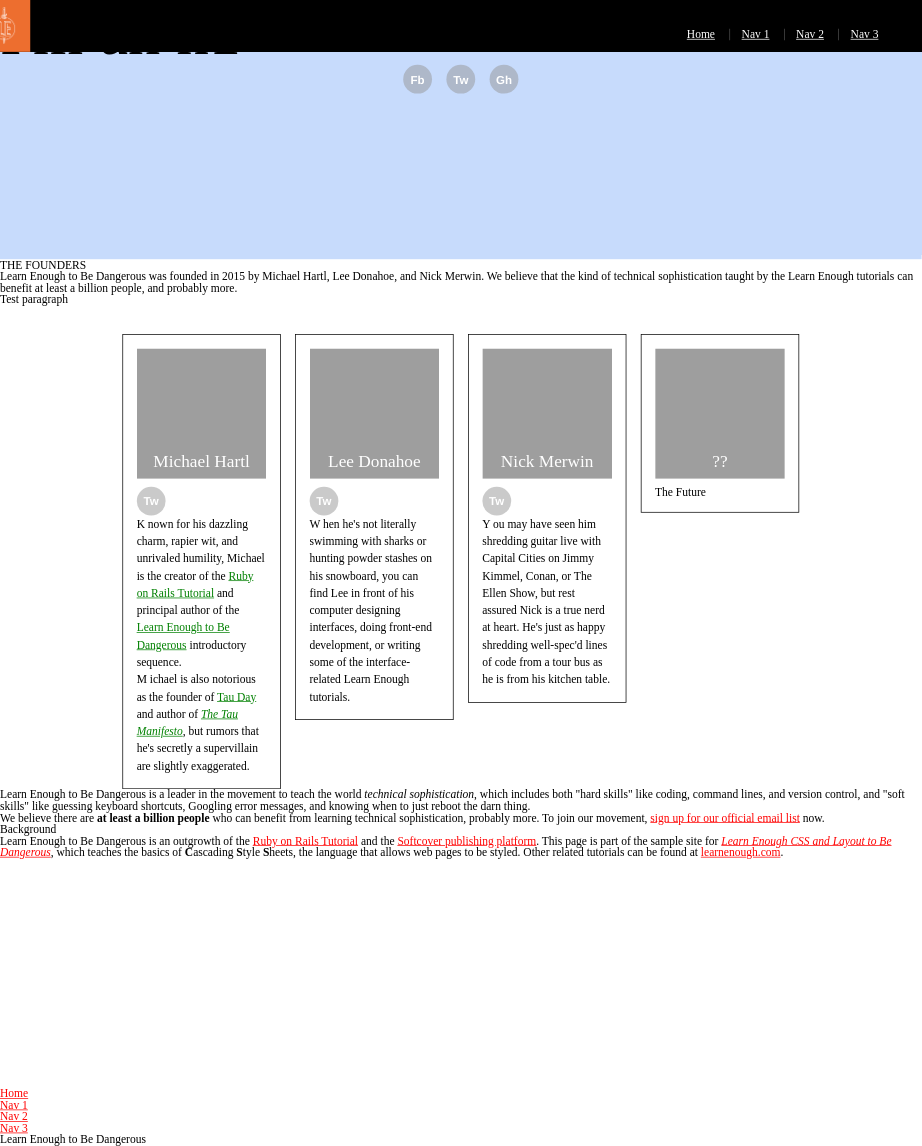
Repository: Ken2072/Ken2072.github.io
Page: _site/index.html
The author's editor kept a record of every edit. The page is drawn from the files as they stood at one moment, then again after the next edit.
The browser window is 1280 px wide. The pictures show the whole page, at 72% of full size.
Pictures or frames that could not be fetched are drawn as grey boxes.

Above is the page before.

### _site/index.html
<!DOCTYPE html>
<html>
<head>
<title>Test Page: Don't Panic</title>
<meta charset="utf-8">
<link rel="stylesheet" href="/css/main.css">
</head>
<body>
<header class="header">
<nav>
<ul class="header-nav nav-links">
<li><a href="/">Home</a></li>
<li><a href="#">Nav 1</a></li>
<li><a href="#">Nav 2</a></li>
<li><a href="#">Nav 3</a></li>
</ul>
</nav>
<a href="/" class="header-logo">
<img src="/images/logo.png" alt="Learn Enough">
</a>
</header>

<div class="full-hero hero-home">
<h1>I'm an h1</h1>
<ul class="social-list">
<li>
<a href="https://example.com/" class="social-link">Fb</a>
</li>
<li>
<a href="https://example.com/" class="social-link">Tw</a>
</li>
<li>
<a href="https://example.com/" class="social-link">Gh</a>
</li>
</ul>
</div>
<h2>THE FOUNDERS</h2>
<p>Learn Enough to Be Dangerous was founded in 2015 by Michael Hartl, Lee Donahoe,
and Nick Merwin. We believe that the kind of technical sophistication taught by
the Learn Enough tutorials can benefit at least a billion people, and probably
more.
</p>
<p>Test paragraph</p>
<div class="bio-wrapper">
<div class="bio-box">
<img src="https://placekitten.com/g/400/400">
<h3>Michael Hartl</h3>
<a href="https://twitter.com/mhartl" class="social-link">Tw</a>
<div class="bio-copy">
<p>K nown for his dazzling charm, rapier wit, and unrivaled humility,
Michael is the creator of the
<a href="https://www.railstutorial.org/">Ruby on Rails
Tutorial</a> and principal author of the
<a href="https://learnenough.com/">
Learn Enough to Be Dangerous</a> introductory sequence.
</p>
<p>M ichael is also notorious as the founder of
<a href="http://tauday.com/">Tau Day</a> and author of
<a href="http://tauday.com/tau-manifesto"><em>The Tau
Manifesto</em></a>, but rumors that he's secretly a supervillain
are slightly exaggerated.
</p>
</div>
</div>
<div class="bio-box">
<img src="https://placekitten.com/g/400/400">
<h3>Lee Donahoe</h3>
<a href="https://twitter.com/leedonahoe" class="social-link">Tw</a>
<div class="bio-copy">
<p>W hen he's not literally swimming with sharks or hunting powder
stashes on his snowboard, you can find Lee in front of his computer
designing interfaces, doing front-end development, or writing some of
the interface-related Learn Enough tutorials.
</p>
</div>
</div>
<div class="bio-box">
<img src="https://placekitten.com/g/400/400">
<h3>Nick Merwin</h3>
<a href="https://twitter.com/nickmerwin" class="social-link">Tw</a>
<div class="bio-copy">
<p>Y ou may have seen him shredding guitar live with Capital Cities on
Jimmy Kimmel, Conan, or The Ellen Show, but rest assured Nick is a
true nerd at heart. He's just as happy shredding well-spec'd lines
of code from a tour bus as he is from his kitchen table.
</p>
</div>
</div>
<div class="bio-box">
<img src="https://placekitten.com/g/400/400">
<h3>??</h3>
<p>The Future
</p>
</div>
</div>
<p>Learn Enough to Be Dangerous is a leader in the movement to teach the
world <em>technical sophistication</em>, which includes both "hard
skills" like coding, command lines, and version control, and "soft
skills" like guessing keyboard shortcuts, Googling error messages, and
knowing when to just reboot the darn thing.
</p>
<p>
    We believe there are <strong>at least a billion people</strong> who can
benefit from learning technical sophistication, probably more. To join
our movement,
<a href="https://learnenough.com/#email_list">sign up for our official
email list</a> now.
</p>
<h3>Background</h3>
<p>Learn Enough to Be Dangerous is an outgrowth of the
<a href="https://www.railstutorial.org/">Ruby on Rails Tutorial</a> and the
<a href="https://www.softcover.io/">Softcover publishing platform</a>.
This page is part of the sample site for
<a href="https://learnenough.com/css-tutorial"><em>Learn Enough CSS and
Layout to Be Dangerous</em></a>, which teaches the basics of
<strong>C</strong>ascading <strong>S</strong>tyle
<strong>S</strong>heets, the language that allows web pages to be styled.
Other related tutorials can be found at
<a href="https://learnenough.com/">learnenough.com</a>.
</p>

<footer class="footer">
<a class="footer-logo" href="/">
<img src="/images/logo.png" alt="Learn Enough"/>
</a>
<nav>
<ul class="footer-nav nav-links">
<li><a href="/">Home</a></li>
<li><a href="#">Nav 1</a></li>
<li><a href="#">Nav 2</a></li>
<li><a href="#">Nav 3</a></li>
</ul>
</nav>
<h3>Learn Enough <span>to Be Dangerous</span></h3>
</footer>
</body>
</html>

### css/main.css
html, body, div, span, applet, object, iframe,
h1, h2, h3, h4, h5, h6, p, blockquote, pre,
a, abbr, acronym, address, big, cite, code,
del, dfn, em, img, ins, kbd, q, s, samp,
small, strike, strong, sub, sup, tt, var,
b, u, i, center, dl, dt, dd, ol, ul, li,
fieldset, form, label, legend, table, caption,
tbody, tfoot, thead, tr, th, td, article, aside,
canvas, details, embed, figure, figcaption, footer,
header, hgroup, menu, nav, output, ruby, section,
summary, time, mark, audio, video {
margin: 0;
padding: 0;
border: 0;
font: inherit;
vertical-align: baseline;
}
/* HTML5 display-role reset for older browsers */
article, aside, details, figcaption, figure,
footer, header, hgroup, menu, nav, section {
display: block;
}
body {
line-height: 1;
}
blockquote, q {
quotes: none;
}b
lockquote:before, blockquote:after,
q:before, q:after {
content: '';
content: none;
}
table {
border-collapse: collapse;
border-spacing: 0;
}
strong, b {
font-weight: bold;
}
em, i {
font-style: italic;
}
a img {
border: none;
}
/* END RESET*/

/* GLOBAL STYLES */
h1 {
font-size: 7vw;
margin-top: 0;
}
a {
color: #f00;
}

/* HEADER STYLES */
.header {
background-color: #000;
color: #fff;
position: fixed;
width: 100%;
z-index: 20;
}.header-logo {
background-color: #000;
box-sizing: border-box;
display: block;
height: 10vh;
left: -30px;
padding-top: 10px;
position: relative;
text-align: center;
width: 10vh;
}
.header-logo:hover,
.header-logo:active {
background-color: #ed6e2f;
}.header-logo img {
width: 4.3vh;
}.header-nav {
float: right;
padding: 5.5vh 60px 0 0;
}.header-nav > li {
display: inline-block;
margin-left: 1em;
}.header-nav > li ~ li {
border-left: 1px solid rgba(255, 255, 255, 0.3);
padding-left: 1em;
}.header-nav a {
color: #fff;
}






/* HERO STYLES */
.full-hero {
background-color: #c7dbfc;
height: 50vh;
}


/* SOCIAL STYLES */
.social-link {
background: rgba(150, 150, 150, 0.5);
border-radius: 99px;
box-sizing: border-box;
color: #fff;
display: inline-block;
font-family: helvetica, arial, sans;
font-size: 1rem;
font-weight: bold;
height: 2.5em;
line-height: 1;
padding-top: 0.85em;
text-align: center;
text-decoration: none;
vertical-align: middle;
width: 2.5em;
}
.social-list {
list-style: none;
padding: 0;
text-align: center;
}
.social-list > li {
display: inline-block;
margin: 0 0.5em;
}

/* BIO STYLES */
.bio-wrapper {
font-size: 24px;
margin: auto;
max-width: 960px;
overflow: hidden;
}
.bio-box {
border: 1px solid black;
box-sizing: border-box;
float: left;
font-size: 1rem;
margin: 40px 1% 0;
padding: 2%;
width: 23%;
}
.bio-box h3 {
color: #fff;
font-size: 1.5em;
margin: -40px 0 1em;
text-align: center;
}
.bio-box img {
width: 100%;
}
.bio-copy {
font-size: 1em;
line-height: 1.5;
}
.bio-copy a {
color: green;
}

After the next edit:
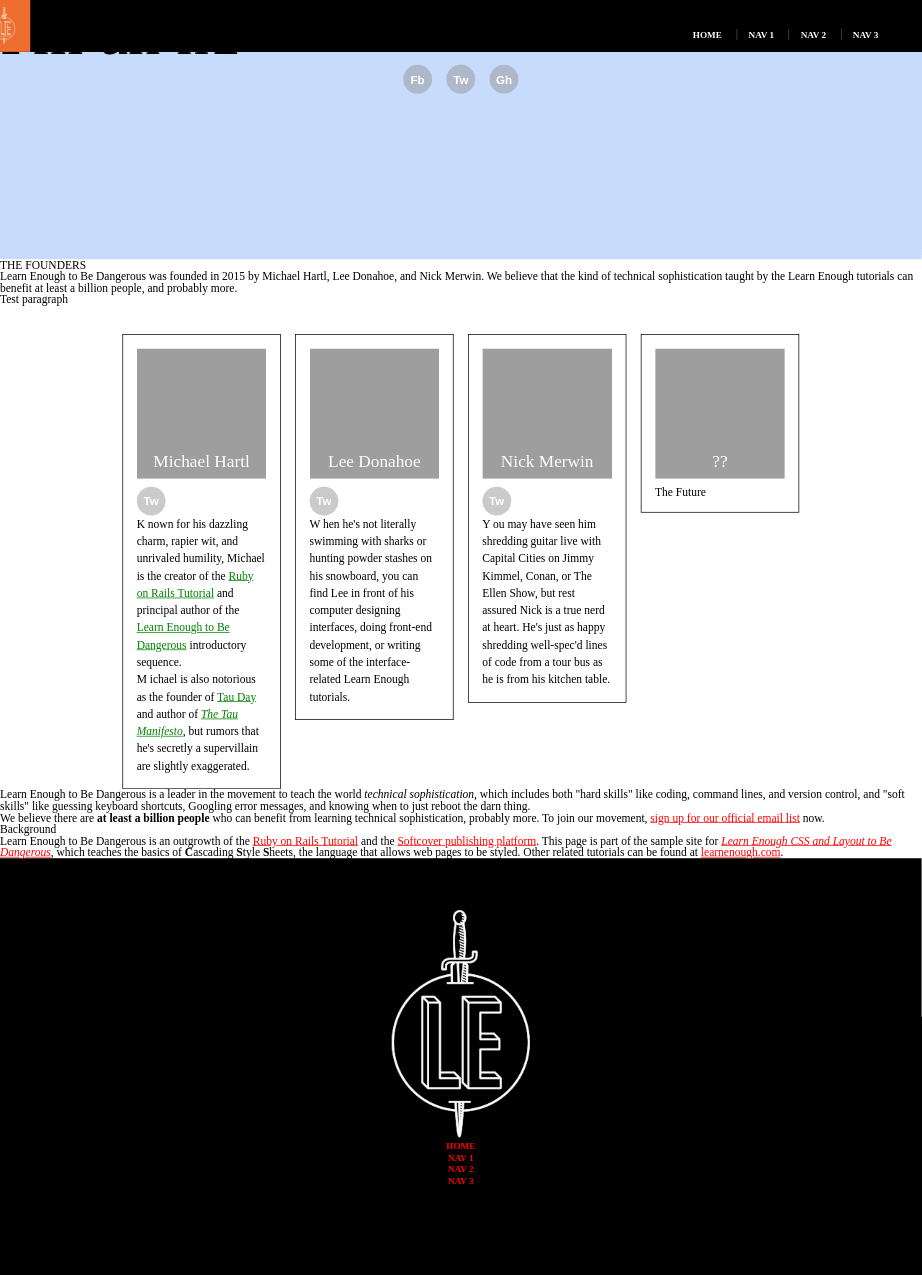
The edit:
--- a/css/main.css
+++ b/css/main.css
@@ -90,7 +90,45 @@
 }.header-nav a {
 color: #fff;
 }
-
+.nav-links a {
+font-size: 0.8rem;
+font-weight: bold;
+text-decoration: none;
+text-transform: uppercase;
+}.nav-links a:hover,
+.nav-links a:active {
+color: #ed6e2f;
+}.
+header-nav > li:first-child a {
+color: #ed6e2f;
+}.
+header-nav > li:first-child a:hover {
+color: #fff;
+}
+/* FOOTER STYLES */
+.footer {
+background-color: #000;
+padding: 10vh 0 15vh;
+text-align: center;
+}.
+footer-logo img {
+width: 50px;
+}.
+footer h3 {
+color: #fff;
+padding-top: 1.5em;
+text-transform: uppercase;
+}.
+footer h3 span {
+color: #aaa;
+}.
+footer-nav li {
+display: inline-block;
+margin: 2em 1em 0;
+}.
+footer-nav a {
+color: #ccc;
+}
 
 
 
